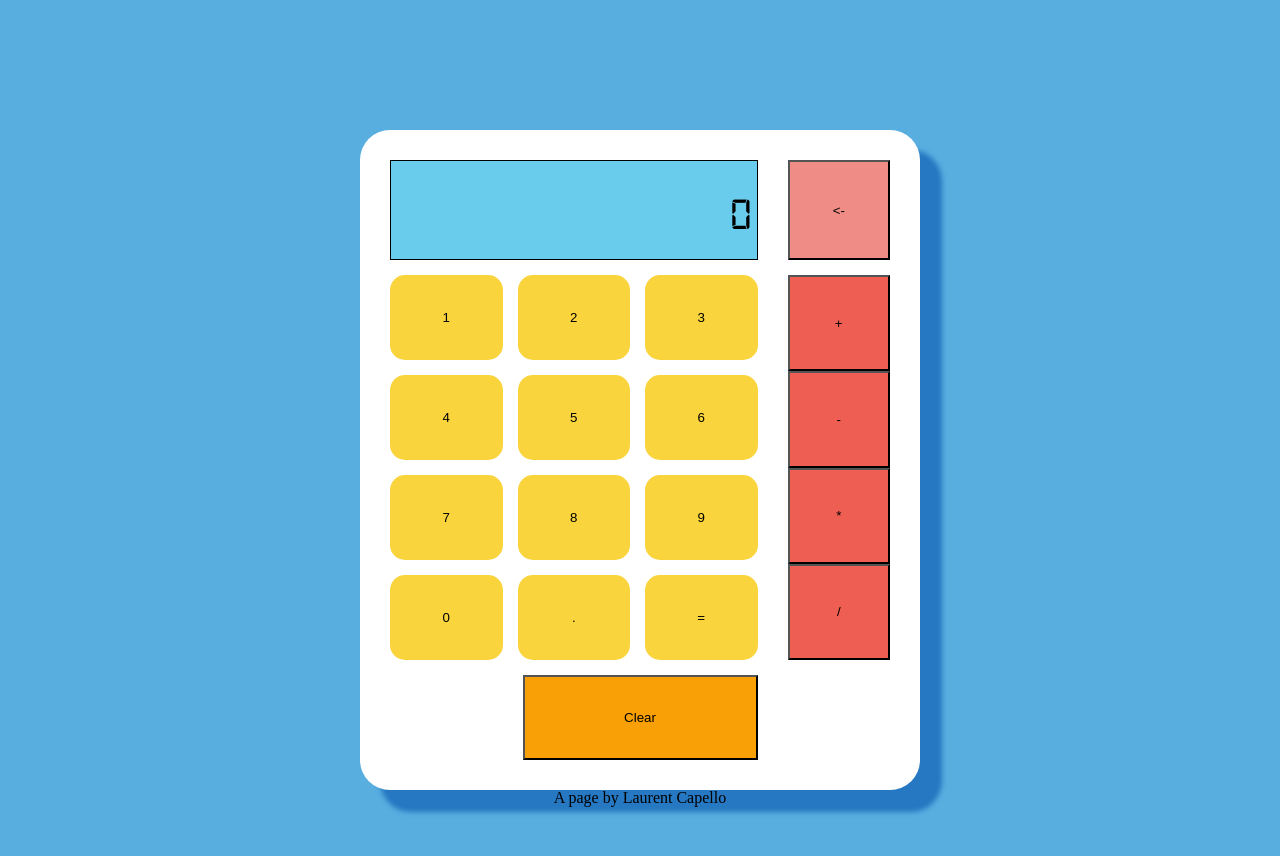
Repository: sokafootball/js-calculator
Page: index.html
An editor plug-in stored every save of this project. The page is shown before and after the next save, followed by the edit.
The browser window is 1280 px wide. The pictures show the whole page.

Above is the page before, as saved 2020-05-06 20:02:31.

### index.html
<html>
<head>
  <title>Javascript Calculator - By Laurent Capello</title>
  <link rel="stylesheet" type="text/css" href="reset.css">
  <link rel="stylesheet" type="text/css" href="style.css">
  <!--<link rel="stylesheet" type="text/css" href="wireframe.css">-->
  <link href="https://fonts.googleapis.com/css2?family=Barlow:wght@300&display=swap" rel="stylesheet">
</head>
<body>
<main id="main">
  <div id="calculator">
    <p id="display">0</p>
    <button id="backspace" class="button"><-</button>
    <div id="numpad">
      <button class="button num-button">1</button>
      <button class="button num-button">2</button>
      <button class="button num-button">3</button>
      <button class="button num-button">4</button>
      <button class="button num-button">5</button>
      <button class="button num-button">6</button>
      <button class="button num-button">7</button>
      <button class="button num-button">8</button>
      <button class="button num-button">9</button>
      <button class="button num-button">0</button>
      <button id="decimal-button" class="button">.</button>
      <button id="equal-button" class="button">=</button>
    </div>
    <div id="operators">
      <button class="button operation-button">+</button>
      <button class="button operation-button">-</button>
      <button class="button operation-button">*</button>
      <button class="button operation-button">/</button>
    </div>
    <button id="clear-button" class="button">Clear</button>
  </div>
</main>
<footer id="footer">
  <p>A page by <span id="signature">Laurent Capello</span></p>
</footer>
<div id="hidden-element" class="display-full" style="display: none"></div>
<script type="text/javascript" src="script.js"></script>
</body>
</html>

### style.css
@font-face {
  font-family: "calcFont";
  src: url("./fonts/digital-7/digital-7.ttf");
  }

:root {
  --row-gap: 15px;
}

body{
  align-items: center;
  background-color: hsl(202, 68%, 61%);
  display: flex;
  flex-direction: column;
  justify-content: space-between;
}

.display-full{
  animation-name: display-full;
  animation-duration: 0.3s;
}

#numpad button{
  background-color: hsl(48, 95%, 61%);
  border-radius: 15px;
  border-width: 0px;
}

#backspace{
  background-color: hsl(4, 77%, 73%);
  grid-area: backspace;
}

#calculator{
  background-color: white;
  border-radius: 30px;
  box-shadow: 21px 21px 5px 1px hsl(208, 68%, 45%);
  display: grid;
  gap: 15px 30px;
  grid-template-areas:
    "display display display backspace"
    "numpad numpad numpad operators"
    "numpad numpad numpad operators"
    "numpad numpad numpad operators"
    "numpad numpad numpad operators"
    ". clear clear .";
  grid-template-columns: repeat(4, 1fr);
  grid-template-rows: 100px repeat(5, 1fr); /*first row is fixed to stop the border animation from taking space from other rows*/
  height: 600px;
  margin-top: 130px;
  padding: 30px;
  width: 500px;
}

#calc-top{
  margin-bottom: 40px;
}

#clear-button{
  background-color: hsl(38, 95%, 50%);
  grid-area: clear;
}

#display{
  background-color: hsl(195, 78%, 67%);
  border: 1px solid black;
  font-family: 'calcFont', sans-serif;
  font-size: 45px;
  grid-area: display;
  line-height: 95px;
  padding-right: 5px;
  text-align: right;
  vertical-align: middle;
}

#footer{
  margin-bottom: 50px;
}

#numpad{
  display: grid;
  gap: 15px 15px;
  grid-area: numpad;
  grid-template-columns: repeat(3, 1fr);
  grid-template-rows: repeat(4, 1fr);
}

#operators{
  display: flex;
  flex-direction: column;
  justify-content: space-evenly;
  grid-area: operators;
}

#operators button{
  background-color: hsl(4, 82%, 63%);
  flex-grow: 1;
}

@keyframes display-full{
  0% {border: 1px solid black;}
  50% {
    border: 2px solid red;
    box-shadow: 0px 0px 6px 1px red;
    line-height: 93px;
    padding-right: 4px;
  }
  100% {border: 1px solid black;}
}

### script.js
/*
CODE BY LAURENT CAPELLO
*/

//#region STARTUP
const MAX_DISPLAY_LENGTH = 14
const MAX_DECIMALS = 3
const EXPONENTIAL_NOTATION_DIGITS = MAX_DISPLAY_LENGTH - 4 //4 digits are reserved for the exponential notation and the dot
let display = document.querySelector(`#display`)
let overwriteIsOn = true
let operation = null, operand1 = null, operand2 = null

addFunctionsToBtns()

function addFunctionsToBtns(){
	let numButtons = document.querySelectorAll(`.num-button`)
	numButtons = Array.from(numButtons)
	numButtons.forEach(button => {
		button.addEventListener(`click`, () => pressNumBtn(button.innerText))
	});

	let opButtons = document.querySelectorAll(`.operation-button`)
	opButtons = Array.from(opButtons)
	opButtons.forEach(button => {
		button.addEventListener(`click`, () => pressOperationBtn(button.innerText))
	});

	let equalButton = document.querySelector(`#equal-button`)
	equalButton.addEventListener(`click`, pressEqualBtn)

	let clearButton = document.querySelector(`#clear-button`)
	clearButton.addEventListener(`click`, pressClearBtn)

	let bckSpaceBtn = document.querySelector(`#backspace`)
	bckSpaceBtn.addEventListener(`click`, pressBackspaceBtn)

	let decimalBtn = document.querySelector(`#decimal-button`)
	decimalBtn.addEventListener(`click`, pressDecimalBtn)

	document.onkeydown = (e) => filterKeyPress(e)
}

function filterKeyPress(e){
	console.log(`key pressed`)
	if (e.which <= 105 && e.which >= 96){
		pressNumBtn(Number(e.key))
	} else if (e.which == 106 || e.which == 107 || e.which == 109 || e.which == 111) {
		pressOperationBtn(e.key)
	} else if (e.which == 13){
		pressEqualBtn()
	} else if (e.which == 110){
		pressDecimalBtn()
	} else if (e.which == 8){
		pressBackspaceBtn()
	}
}
//#endregion

//#region SUPPORT FUNCTIONS
function clear(){
	display.innerText = `0`
	operation = null
	operand1 = null
	operand2 = null
	overwriteIsOn = true
}

function displayNumber(num){
	if(num == 0 && display.innerText == `0`) return
  if(overwriteIsOn){
		if(num == `.`){
			display.innerText += num
		}else{
			display.innerText = num
		}
		overwriteIsOn = false
	}else{
		if(display.innerText.length >= MAX_DISPLAY_LENGTH){
			animateDisplay()
			return
		}
		display.innerText += num
	}
}

function displayResult(){
	operand1 = operate(operation, operand1, operand2)
	operand2 = null
	display.innerText = operand1
}

function saveNumber(){
	if(operation == null)
		operand1 =  Number(display.innerText)
	else operand2 =  Number(display.innerText)
}

function saveOperation(operationSign){
	operation = operationSign
	overwriteIsOn = true
}

function truncateDecimals(num){
	if((num % 1).toString().length > MAX_DECIMALS) return Number(num).toFixed(MAX_DECIMALS)
	return num
}

function truncateIntegers(num){
	if(num.toString().length <= MAX_DISPLAY_LENGTH) return num
	return num.toExponential(EXPONENTIAL_NOTATION_DIGITS)
}
//#endregion

//#region BUTTONS FUNCTIONS
function pressBackspaceBtn(){
	//if display length is 1
	if(display.innerText.length == 1){
		display.innerText = `0`
	}else{
		let displayArray = Array.from(display.innerText)
		displayArray.pop()
		display.innerText = displayArray.join(``)
	}
	saveNumber()
}

function pressDecimalBtn(){
	//add dot to the right of the number on display
	if (display.innerText.includes(`.`)) return
	displayNumber(`.`)
	saveNumber()
}

function pressClearBtn(){
	clear()
}

function pressEqualBtn(){
	if(operand1 != null && operand2 != null){
		displayResult()
		operation = null
		overwriteIsOn = true
		operand2 = null
	}else{
		operation = null
		overwriteIsOn = true
		operand2 = null
		display.innerText = operand1 == null ? `0` : operand1
	}
}

function pressNumBtn(num){
	displayNumber(Number(num))
	saveNumber()
}

function pressOperationBtn(operationSign){
	if (operation == null){
		saveOperation(operationSign)
	}else{
		if(operand1 != null && operand2 != null){
			displayResult()
		}
		saveOperation(operationSign)
	}
}
//#endregion

//#region MATH FUNCTIONS
function operate(operation, a, b){
	let result = null
	switch (operation){
		case `+`:
			operation = add
			break
		case `-`:
			operation = subtract
			break;
		case `*`:
			operation = multiply
			break
		case `/`:
			operation = divide
			break;
		default:
			console.log(`invalid operation`)
			return
	}
	result = Number(operation(a,b))
	result = truncateDecimals(result)
	result = truncateIntegers(result)
  return Number(result)
}

function add (...nums) {
	return nums.reduce((total, num) => {
		return total + num
	}, 0)
}

function subtract (...nums) {
	return nums.reduce((total, num) => {
		return total - num
	})
}

function sum (arr) {
	return add(...arr)
}

function divide (...nums){
	if (nums[1] == 0){
		console.log(`you can't divide by 0!`)
		clear()
		return 0
	}
	return nums.reduce((total, num) => total / num
	)
}

function multiply (...nums) {
	return nums.reduce((total, num) => {
		return total * num
	})
}
//#endregion

//#region DISPLAY ANIMATION FUNCTIONS
function convertDuration(durationString){
	let duration = Number(durationString.replace(`s`, ``))
	return duration * 1000
}

function animateDisplay(){
	let animDurationString = getComputedStyle(document.querySelector(`.display-full`)).animationDuration
	const ANIM_DURATION = convertDuration(animDurationString)
	display.classList.remove(`display-full`)
	display.classList.add(`display-full`)
	setTimeout(() => display.classList.remove(`display-full`), ANIM_DURATION);
}
//#endregion

Loaded but not shown: reset.css (common file)

After the next save:
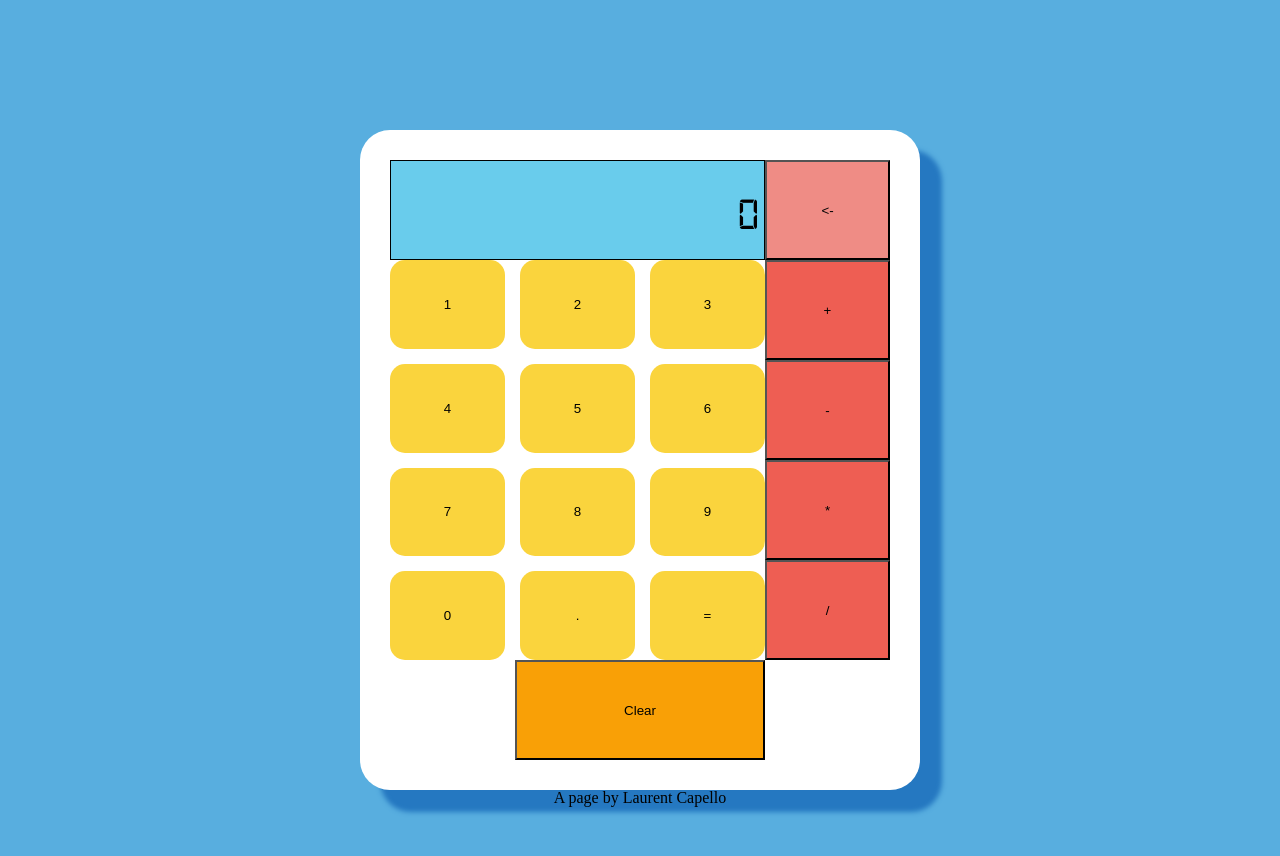
Saved 25 s later.
--- a/style.css
+++ b/style.css
@@ -36,7 +36,7 @@
   border-radius: 30px;
   box-shadow: 21px 21px 5px 1px hsl(208, 68%, 45%);
   display: grid;
-  gap: 15px 30px;
+  gap: var(----row-gap); 30px;
   grid-template-areas:
     "display display display backspace"
     "numpad numpad numpad operators"

After the 2 saves that followed:
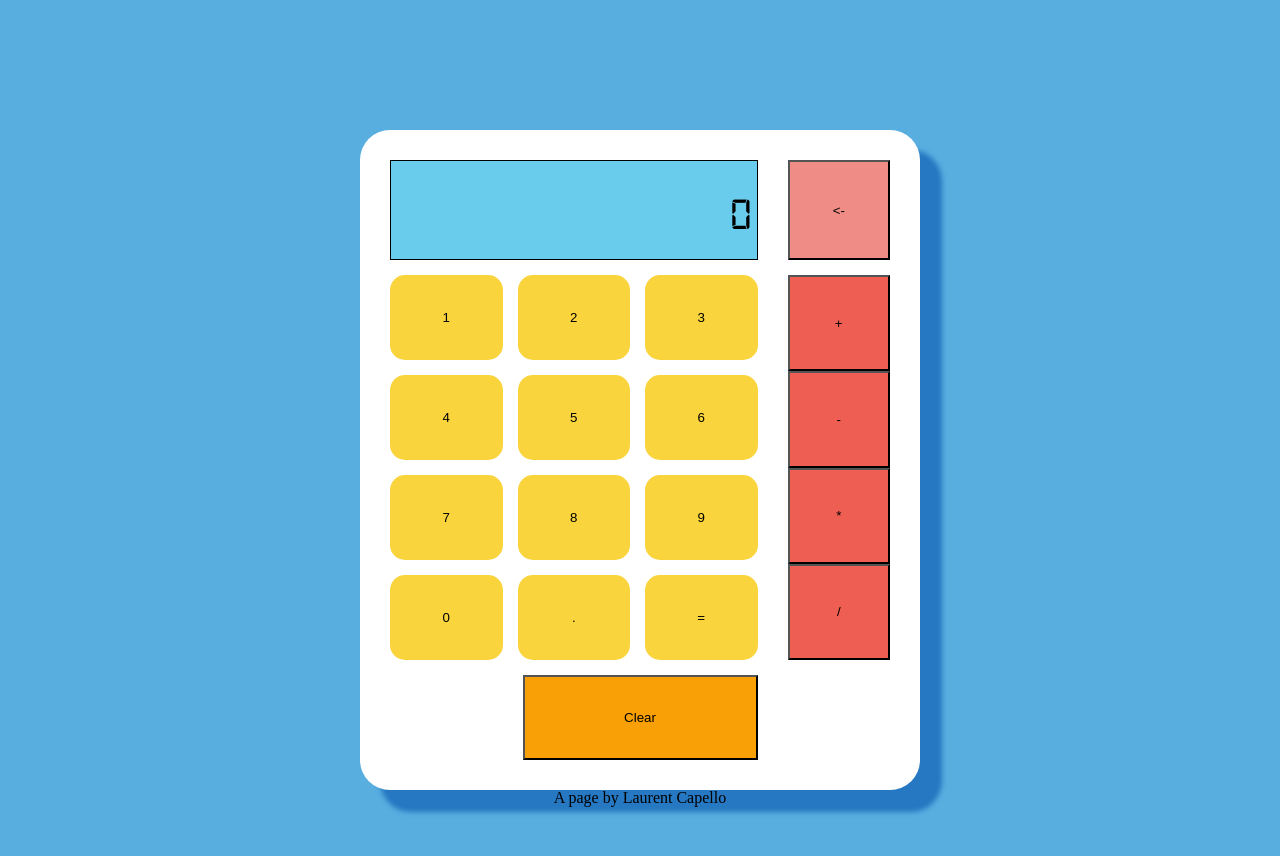
The 2 saves are shown as one change because 1 left the picture as it was.
The last was saved 17 s later.
--- a/style.css
+++ b/style.css
@@ -36,7 +36,7 @@
   border-radius: 30px;
   box-shadow: 21px 21px 5px 1px hsl(208, 68%, 45%);
   display: grid;
-  gap: var(----row-gap); 30px;
+  gap: var(--row-gap) 30px;
   grid-template-areas:
     "display display display backspace"
     "numpad numpad numpad operators"
